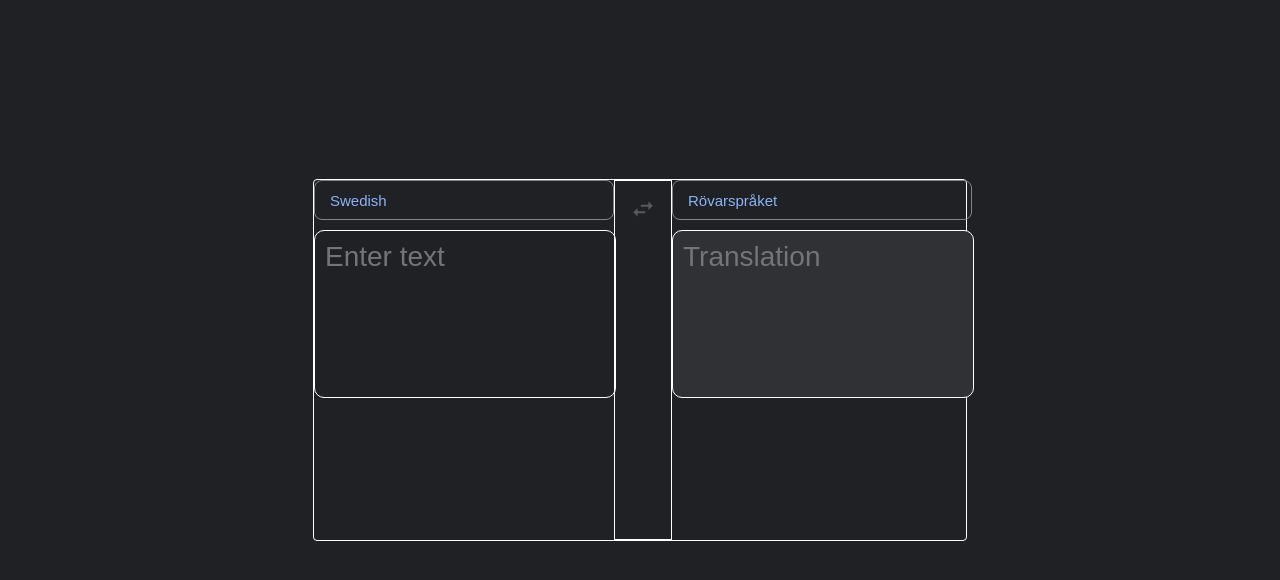
Repository: ShamroOoz/R-varspr-ket-Translator
Page: /
The author's editor kept a copy of each file at every save. The page is drawn from the files as they stood at one save, then again after the next save.
The browser window is 1280 px wide. The pictures show the whole page.
The project was rebuilt for these pictures with package versions that can differ from the ones it lists, and the page was loaded fresh each time.

Above is the page before, as saved 2022-05-17 23:44:12.

### public/index.html
<!DOCTYPE html>
<html lang="en">
  <head>
    <meta charset="utf-8" />
    <link rel="icon" href="%PUBLIC_URL%/favicon.ico" />
    <meta name="viewport" content="width=device-width, initial-scale=1" />
    <meta name="theme-color" content="#000000" />
    <meta
      name="description"
      content="Web site created using create-react-app"
    />
    <link rel="apple-touch-icon" href="%PUBLIC_URL%/logo192.png" />
    <!--
      manifest.json provides metadata used when your web app is installed on a
      user's mobile device or desktop. See https://developers.google.com/web/fundamentals/web-app-manifest/
    -->
    <link rel="manifest" href="%PUBLIC_URL%/manifest.json" />
    <!--
      Notice the use of %PUBLIC_URL% in the tags above.
      It will be replaced with the URL of the `public` folder during the build.
      Only files inside the `public` folder can be referenced from the HTML.

      Unlike "/favicon.ico" or "favicon.ico", "%PUBLIC_URL%/favicon.ico" will
      work correctly both with client-side routing and a non-root public URL.
      Learn how to configure a non-root public URL by running `npm run build`.
    -->
    <title>Översättare - Rövarspråket</title>
  </head>
  <body>
    <noscript>You need to enable JavaScript to run this app.</noscript>
    <div id="root"></div>
    <!--
      This HTML file is a template.
      If you open it directly in the browser, you will see an empty page.

      You can add webfonts, meta tags, or analytics to this file.
      The build step will place the bundled scripts into the <body> tag.

      To begin the development, run `npm start` or `yarn start`.
      To create a production bundle, use `npm run build` or `yarn build`.
    -->
  </body>
</html>

### src/index.css
* {
  font-family: arial, sans-serif;
}

body {
  margin: 0;
  background-color: #202124;
  display: flex;
  justify-content: center;
  height: 100vh;
  align-items: center;
}

.app {
  display: flex;
  width: 652px;
  height: 360px;
  border: 1px solid #fff;
  border-radius: 4px;
  margin: 10px;
}

.output,
.input {
  display: flex;
  flex-direction: column;
  width: 300px;
}

textarea {
  background-color: transparent;
  color: #bdc1c6;
  border: none;
  resize: none;
  padding: 10px;
  width: 280px !important;
  height: 146px;
  border-radius: 10px;
  outline: none;
  overflow: auto;
  font-size: 28px;
  margin-top: 10px;
  border: 1px solid #fff;
}

.output textarea {
  background-color: #303134;
}

.arrow-container {
  padding: 15px;
  cursor: pointer;
  border: 1px solid #fff;
}
.arrow-container svg:hover {
  fill: #fff;
}

.arrow-container svg {
  width: 26px;
  height: 26px;
  fill: #5a5a5d;
}

input {
  border: 1px solid #818588;
  border-radius: 8px;
  box-sizing: border-box;
  color: #bdc1c6;
  font-size: 14px;
  height: 40px;
  background-color: transparent;
  width: 100%;
}

.select-drop-down input {
  color: #8ab4f8;
  padding: 5px 15px;
  font-size: 15px;
}

.input .delete {
  position: relative;
  left: 265px;
  top: -156px;
  font-size: 50px;
  color: #bdc1c6;
  cursor: pointer;
}
.input .delete:hover {
  color: #8ab4f8;
}

### src/App.js
/* eslint-disable react/style-prop-object */
import { useState, useEffect, useMemo } from "react";
import TextBox from "./components/TextBox";
import Arrows from "./components/Arrows";

function App() {
  const [inputLanguage, setInputLanguage] = useState("Swedish");
  const [outputLanguage, setOutputLanguage] = useState("Rövarspråket");
  const [textToTranslate, setTextToTranslate] = useState("");
  const [translatedText, setTranslatedText] = useState("");

  useEffect(() => {
    if (textToTranslate) {
      setTranslatedText(
        outputLanguage === "Rövarspråket" ? encoded() : decoded()
      );
    }
    // eslint-disable-next-line react-hooks/exhaustive-deps
  }, [textToTranslate]);

  const encoded = useMemo(
    () => () => {
      let consonants = "BbCcDdFfGgHhJjKkLlMmNnPpQqRrSsTtVvWwXxYyZz";
      let new_word = [];
      for (let x of textToTranslate) {
        consonants.includes(x) ? new_word.push(x + "o" + x) : new_word.push(x);
      }
      return new_word.join("");
    },
    [textToTranslate]
  );

  const decoded = useMemo(
    () => () => {
      let consonants = "BbCcDdFfGgHhJjKkLlMmNnPpQqRrSsTtVvWwXxYyZz";
      let new_word = "";
      let index = 0;
      while (index < textToTranslate.length) {
        new_word += textToTranslate[index];
        consonants.includes(textToTranslate[index])
          ? (index += 3)
          : (index += 1);
      }
      return new_word;
    },
    [textToTranslate]
  );

  const handleClick = () => {
    setInputLanguage(outputLanguage);
    setOutputLanguage(inputLanguage);
    if (textToTranslate && translatedText) {
      setTextToTranslate(translatedText);
    }
  };

  return (
    <div className="app">
      <TextBox
        style="input"
        selectedLanguage={inputLanguage}
        setTextToTranslate={setTextToTranslate}
        textToTranslate={textToTranslate}
        setTranslatedText={setTranslatedText}
      />
      <div className="arrow-container" onClick={handleClick}>
        <Arrows />
      </div>
      <TextBox
        style="output"
        selectedLanguage={outputLanguage}
        translatedText={translatedText}
      />
    </div>
  );
}

export default App;

### src/components/TextBox.js
import SelectDropDown from "./SelectDropDown";

const TextBox = ({
  style,
  selectedLanguage,
  setTextToTranslate,
  textToTranslate,
  translatedText,
  setTranslatedText,
}) => {
  const handleClick = () => {
    setTextToTranslate("");
    setTranslatedText("");
  };
  return (
    <div className={style}>
      <SelectDropDown selectedLanguage={selectedLanguage} />
      <textarea
        disabled={style === "output"}
        className={style}
        placeholder={style === "input" ? "Enter text" : "Translation"}
        onChange={(e) => setTextToTranslate(e.target.value)}
        value={style === "input" ? textToTranslate : translatedText}
      />
      {style === "input" && textToTranslate && (
        <div className="delete" onClick={handleClick}>
          ˟
        </div>
      )}
    </div>
  );
};

export default TextBox;

### src/components/Arrows.js
const Arrows = () => {
  return (
    <svg
      focusable="false"
      xmlns="http://www.w3.org/2000/svg"
      viewBox="0 0 24 24"
    >
      <path d="M6.99 11L3 15l3.99 4v-3H14v-2H6.99v-3zM21 9l-3.99-4v3H10v2h7.01v3L21 9z"></path>
    </svg>
  );
};

export default Arrows;

### src/components/SelectDropDown.js
const SelectDropDown = ({ selectedLanguage }) => {
  return (
    <div className="select-drop-down">
      <input value={selectedLanguage} />
    </div>
  );
};

export default SelectDropDown;

Loaded but not shown: src/index.js (common file)

After the next save:
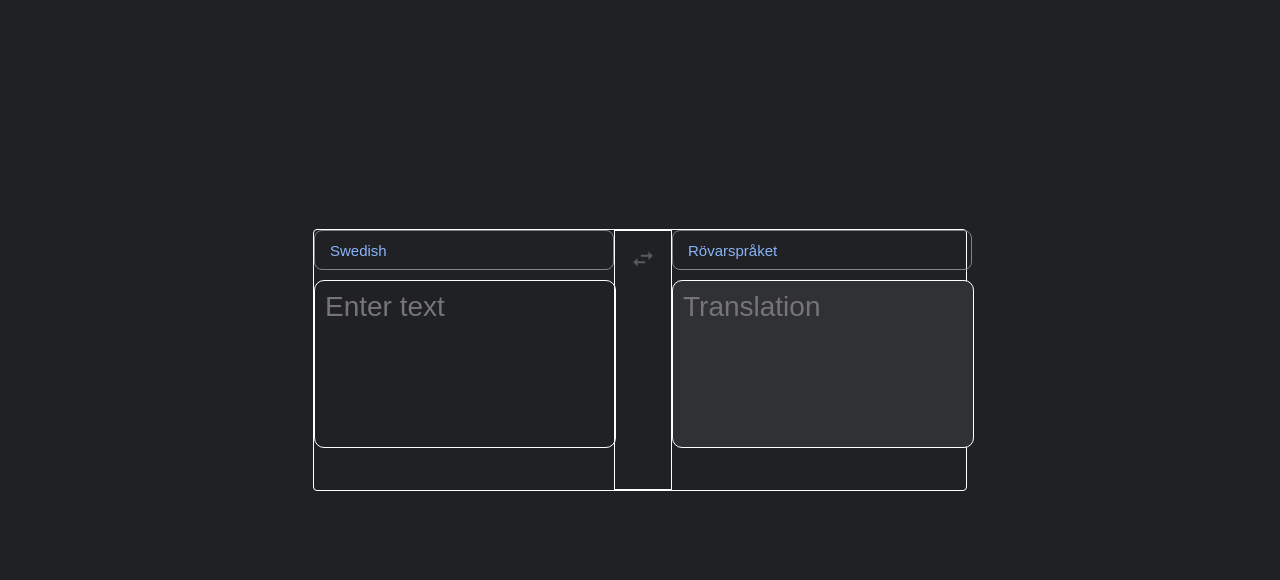
Saved 69 s later.
--- a/src/index.css
+++ b/src/index.css
@@ -14,7 +14,7 @@ body {
 .app {
   display: flex;
   width: 652px;
-  height: 360px;
+  height: 260px;
   border: 1px solid #fff;
   border-radius: 4px;
   margin: 10px;
